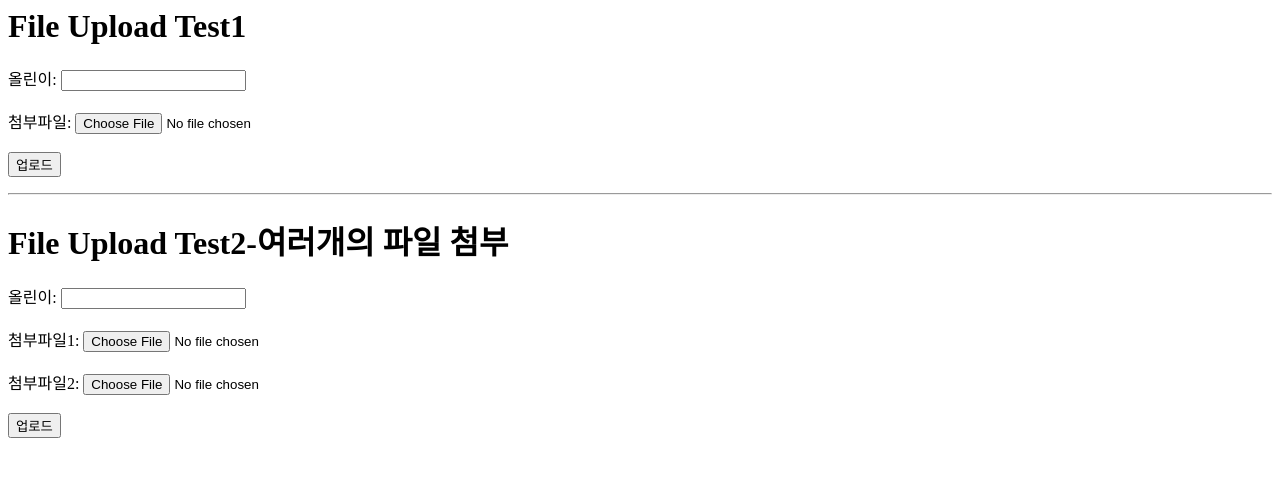
Repository: Jayking0215/myjava
Page: http://localhost/SpringWeb/WEB-INF/views/file/fileForm.jsp
The author's editor kept a copy of each file at every save. The page is drawn from the files as they stood at one save, then again after the next save.
The browser window is 1280 px wide. The pictures show the whole page.
The page is served by Tomcat 9. Nobody is signed in. Other server files are loaded and not shown. The template is opened directly, without the code that normally fills it, so the values that code supplies are empty.

Above is the page before, as saved 2023-05-09 02:37:53.

### SpringWorkspace/SpringWeb/src/main/webapp/WEB-INF/views/file/fileForm.jsp
<%@ page language="java" contentType="text/html; charset=UTF-8"
    pageEncoding="UTF-8"%>

	<h1>File Upload Test1</h1>
	<form name="frm" action="fileUp" method="post" enctype="multipart/form-data">
		올린이: <input type="text" name="name"><br><br>
		첨부파일: <input type="file" name="mfilename"><br><br>
		<button class="btn btn-default">업로드</button>
	</form>

	<hr>

	<h1>File Upload Test2-여러개의 파일 첨부</h1>
	<form name="frm2" action="fileUp2" method="post" enctype="multipart/form-data">
		올린이: <input type="text" name="name"><br><br>
		첨부파일1: <input type="file" name="mfilename" accept="image/"><br><br>
		<!-- image파일들만 첨부할 수 있도록 제한 -->
		첨부파일2: <input type="file" name="mfilename"><br><br>
		<button class="btn btn-default">업로드</button>
	</form>

After the next save:
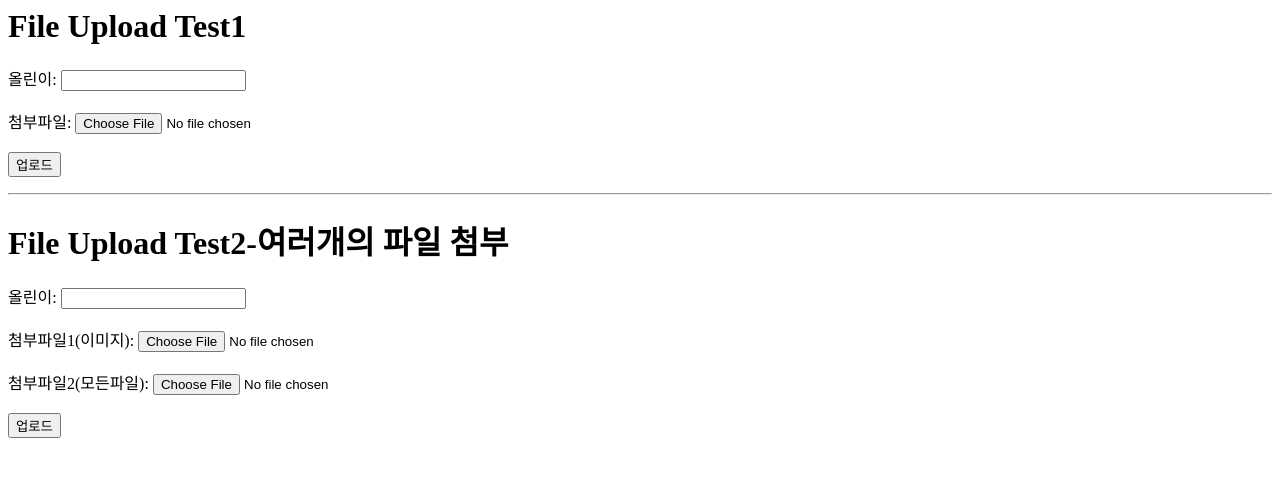
Saved 40 s later.
--- a/SpringWorkspace/SpringWeb/src/main/webapp/WEB-INF/views/file/fileForm.jsp
+++ b/SpringWorkspace/SpringWeb/src/main/webapp/WEB-INF/views/file/fileForm.jsp
@@ -13,8 +13,8 @@
 	<h1>File Upload Test2-여러개의 파일 첨부</h1>
 	<form name="frm2" action="fileUp2" method="post" enctype="multipart/form-data">
 		올린이: <input type="text" name="name"><br><br>
-		첨부파일1: <input type="file" name="mfilename" accept="image/"><br><br>
+		첨부파일1(이미지): <input type="file" name="mfilename" accept="image/"><br><br>
 		<!-- image파일들만 첨부할 수 있도록 제한 -->
-		첨부파일2: <input type="file" name="mfilename"><br><br>
+		첨부파일2(모든파일): <input type="file" name="mfilename"><br><br>
 		<button class="btn btn-default">업로드</button>
 	</form>
